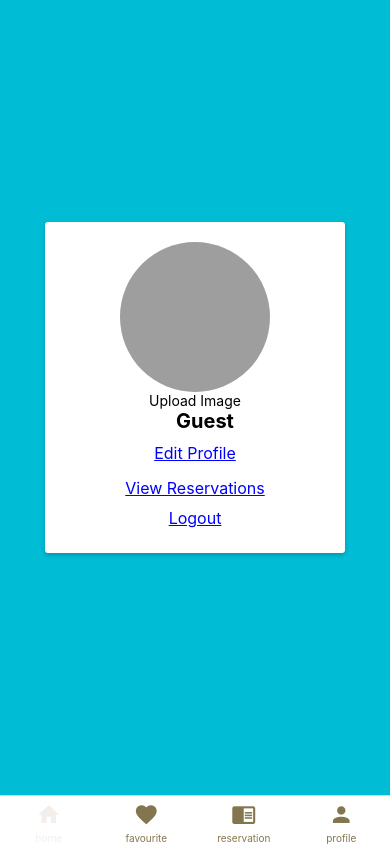
Repository: TemoshoS/restaurant-app
Screen: /profile
An editor plug-in stored every save of this project. The screen is shown before and after the next save, followed by the edit.
Pictures or frames that could not be fetched are drawn as grey boxes. The page's requests for data from a server got no answer. The app was drawn by React Native's web renderer in a window 390 px wide. The project was rebuilt for these pictures with package versions that can differ from the ones it lists, and the page was loaded fresh each time. No one was signed in, and anything a server would have sent is missing. Also part of the build but not shown: Screens/LoginScreen.js, Screens/RegisterScreen.js, components/navbar.js, components/search.js, Screens/RestaurantScreen.js, Screens/RestaurantDetailsScreen.js, Screens/MenuScreen.js, Screens/ReservationScreen.js and 5 more.

Above is the screen before, as saved 2023-12-27 14:47:36.

### App.js
// Import necessary components and modules
import React, { useEffect, useState } from 'react';
import { StyleSheet } from 'react-native';
import { NavigationContainer } from '@react-navigation/native';
import { createStackNavigator } from '@react-navigation/stack';
import { createBottomTabNavigator } from '@react-navigation/bottom-tabs';
import LoginScreen from './Screens/LoginScreen';
import HomeScreen from './Screens/HomeScreen';
import RegisterScreen from './Screens/RegisterScreen';
import RestaurantScreen from './Screens/RestaurantScreen';
import RestaurantDetailsScreen from './Screens/RestaurantDetailsScreen';
import MenuScreen from './Screens/MenuScreen';
import ReservationScreen from './Screens/ReservationScreen';
import PastReserevationScreen from './Screens/PastReserevationScreen';
import ProfileScreen from './Screens/ProfileScreen';
import store from './store/store';
import { Provider } from 'react-redux';
import MaterialCommunityIcons from 'react-native-vector-icons/MaterialCommunityIcons';
import FavoriteRestaurantScreen from './Screens/FavoriteRestaurantScreen';
import ForgotPasswordScreen from './Screens/ForgotPasswordScreen'
import Dashboard from './Screens/Dashboard';
import EditProfileScreen from './Screens/editProfileScreen';
import { auth } from './config/firebase';

const Stack = createStackNavigator();
const Tab = createBottomTabNavigator();

export default function App() {
  const [isAdmin, setIsAdmin] = useState(false);

  useEffect(() => {
    const checkAdminStatus = async () => {
      const user = auth.currentUser;
      const isAdminUser = user ? user.email === 'temosho@admin.co' : false;
      setIsAdmin(isAdminUser);
      console.log('isAdmin:', isAdminUser);
    };

    checkAdminStatus();
  }, []);

  function MainStack() {
    return (
      <Stack.Navigator initialRouteName='Welcome'>
        <Stack.Screen name="Restaurants" component={RestaurantScreen} options={{ headerShown: false }} />
        <Stack.Screen name='Welcome' component={HomeScreen} options={{ headerShown: false }} />
        <Stack.Screen name='editProfile' component={EditProfileScreen} options={{ headerShown: true }} />
        <Stack.Screen name='Login' component={LoginScreen} options={{ headerShown: false }} />
        <Stack.Screen name='Register' component={RegisterScreen} options={{ headerShown: false }} />
        <Stack.Screen name='Restaurant info' component={RestaurantDetailsScreen} options={{
          headerShown: true,
          headerStyle: {
            backgroundColor: '#83764F',
          },
          headerTitle: '',
          headerTitleStyle: {
            color: '#F3EEEA',
            fontWeight: 'bold',
            fontSize: 18,
          },
          headerTintColor: '#F3EEEA',
          headerBackTitleVisible: false,
          headerBackImage: () => (
            <MaterialCommunityIcons name="arrow-left" size={24} color="#F3EEEA" />
          ),
        }}  />
        <Stack.Screen name='Menu' component={MenuScreen} options={{
          headerShown: true,
          headerStyle: {
            backgroundColor: '#83764F',
          },
          headerTitle: '',
          headerTitleStyle: {
            color: '#F3EEEA',
            fontWeight: 'bold',
            fontSize: 18,
          },
          headerTintColor: '#F3EEEA',
          headerBackTitleVisible: false,
          headerBackImage: () => (
            <MaterialCommunityIcons name="arrow-left" size={24} color="#F3EEEA" />
          ),
        }} />
        {!isAdmin && (
          <Stack.Screen name='ReservationScreen' component={ReservationScreen} options={{
            headerShown: true,
            headerStyle: {
              backgroundColor: '#83764F',
            },
            headerTitle: '',
            headerTitleStyle: {
              color: '#F3EEEA',
              fontWeight: 'bold',
              fontSize: 18,
            },
            headerTintColor: '#F3EEEA',
            headerBackTitleVisible: false,
            headerBackImage: () => (
              <MaterialCommunityIcons name="arrow-left" size={24} color="#F3EEEA" />
            ),
          }}/>
        )}
        <Stack.Screen name='profile' component={ProfileScreen} options={{ headerShown: false }} />
        <Stack.Screen name='dashboard' component={Dashboard} options={{ headerShown: false }} />
        <Stack.Screen name='ForgotPasswordScreen' component={ForgotPasswordScreen} options={{ headerShown: false }} />
      </Stack.Navigator>
    );
  }

  function TabNavigator() {


    return (
      <Tab.Navigator
        tabBarOptions={{
          activeTintColor: '#F3EEEA',
          inactiveTintColor: '#83764F',
        }}
      >
        <Tab.Screen
          name="home"
          component={MainStack}
          options={{
            headerShown: false,
            tabBarIcon: ({ color, size }) => (
              <MaterialCommunityIcons name="home" color={color} size={size} />
            ),
          }}
        />
        {!isAdmin && (
          <Tab.Screen
            name="favourite"
            component={FavoriteRestaurantScreen}
            options={{
              headerShown: false,
              tabBarIcon: ({ color, size }) => (
                <MaterialCommunityIcons name="heart" color={color} size={size} />
              ),
            }}
          />
        )}
        {!isAdmin && (
          <Tab.Screen
            name="reservation"
            component={PastReserevationScreen}
            options={{
              headerShown: false,
              tabBarIcon: ({ color, size }) => (
                <MaterialCommunityIcons name="book-open" color={color} size={size} />
              ),
            }}
          />
        )}
        <Tab.Screen
          name="profile"
          component={ProfileScreen}
          options={{
            headerShown: false,
            tabBarIcon: ({ color, size }) => (
              <MaterialCommunityIcons name="account" color={color} size={size} />
            ),
          }}
        />
      </Tab.Navigator>
    );
  }

  return (
    <Provider store={store}>
      <NavigationContainer>
        <TabNavigator />
      </NavigationContainer>
    </Provider>
  );
}

const styles = StyleSheet.create({
  container: {
    flex: 1,
    backgroundColor: 'black',
    alignItems: 'center',
    justifyContent: 'center',
  },
});

### Screens/HomeScreen.js
import { StyleSheet, Text, View, Image, TouchableOpacity } from 'react-native'
import { useState, useEffect } from 'react';
import { FontAwesome } from '@expo/vector-icons';
import { getAuth, onAuthStateChanged } from 'firebase/auth';
import { useNavigation } from '@react-navigation/native';
import { auth } from '../config/firebase';

const HomeScreen = () => {
    const [user, setUser] = useState(null);
    const navigation = useNavigation();

    useEffect(() => {
        const auth = getAuth();


        const unsubscribe = onAuthStateChanged(auth, (authUser) => {
          if (authUser) {
            setUser(authUser);
          } else {
            setUser(null);
          }
        });

        return () => unsubscribe();
      }, []);




  return (
      <View style={styles.container}>

          <View >
              <FontAwesome style={styles.circle} name="circle" size={140} color="#D9D9D9" />
          </View>

          <Image
              source={require('../assets/cartoon-1299636_1920.png')}
              style={{ width: 200, height: 265.56 }}
          />


          <Text style={styles.welcomeTxt}>Welcome!</Text>
          <Text style={styles.dineTxt}>Dine with your friends</Text>


          <View>
              <TouchableOpacity
                  style={styles.getButton}
                  onPress={() => {
                      if (user) {
                          navigation.navigate('Restaurants')
                      } else {
                          navigation.navigate('Login')
                      }
                  }}
              >
                  <Text style={styles.getTxt}>Get started</Text>

              </TouchableOpacity>
          </View>

      </View>
  )
}

export default HomeScreen

const styles = StyleSheet.create({
    container:{
        flex:1,

        height: 932,
        justifyContent: 'center',
        alignItems:'center',
        backgroundColor: '#83764F',
    },
    circle:{
        marginLeft: 370,
        marginTop: -160,

    },
    welcomeTxt:{
        fontSize: 64,
        fontFamily: 'italiana',
        marginTop: 100,
        color: '#ccc',

    },
    dineTxt:{
        fontSize: 20,
        fontFamily: 'Nothing You Could Do',
        marginBottom: 150,
        color: '#ccc',

    },
    getButton:{
        alignItems: 'center',
        justifyContent: 'center',
        backgroundColor: '#ccc',
        width: 304,
        height: 78,
        borderRadius: 30
    },
    getTxt:{
        color: '#83764F',
        fontSize: 24,
        fontWeight:'bold'
    }
})

### Screens/ProfileScreen.js
import React, { useState, useEffect } from 'react';
import { View, Text, TouchableOpacity, StyleSheet, Image } from 'react-native';
import { getAuth, onAuthStateChanged, signOut } from 'firebase/auth';
import { useNavigation } from '@react-navigation/native';
import * as ImagePicker from 'expo-image-picker';
import { Entypo } from '@expo/vector-icons';



const ProfileScreen = () => {
  const [currentUser, setCurrentUser] = useState(null);
  const [loading, setLoading] = useState(false);
  const navigation = useNavigation();
  const auth = getAuth();
  const user = auth.currentUser;
  const userId = user ? user.uid : null;
  const isAdmin = user ? user.email === 'temosho@admin.co' : false;
  const [image, setImage] = useState(null);
  useEffect(() => {
    const unsubscribe = onAuthStateChanged(auth, (user) => {
      if (user) {
        setCurrentUser(user.displayName);
      } else {
        setCurrentUser(null);
      }
    });

    return () => unsubscribe();
  }, []);

  const onLogout = () => {
    setLoading(true);

    signOut(auth)
      .then(() => {
        setLoading(false);
        navigation.navigate('Welcome');
      })
      .catch((error) => {
        setLoading(false);
        console.error('Logout error:', error);
      });
  };

  const navigateToPastReservations = () => {
    navigation.navigate('reservation');
  };

  const navigateToEditProfile = () => {
    navigation.navigate('editProfile');
  }

  const adminOrders = () => {
    navigation.navigate('dashboard');
  };

  const pickImage = async () => {
    try {
      let result = await ImagePicker.launchImageLibraryAsync({
        mediaTypes: ImagePicker.MediaTypeOptions.Images,
        allowsEditing: true,
        aspect: [4, 3],
        quality: 1,
      });

      if (!result.cancelled) {
        setImage(result.uri);


        const contentType = "image/jpeg";

        const response = await fetch(result.uri);
        const blob = await response.blob();


        const imageRef = ref(storage, `restaurantImages/${newMenuItem.menuName}`);
        await uploadBytes(imageRef, blob, { contentType });
      }
    } catch (error) {
      console.error('Error picking image:', error);
    }
  };

  return (
    <View style={styles.container}>
      <View style={styles.card}>
      {image ? (
          <Image
            source={{ uri: image }}
            style={styles.profileImage}
          />
        ) : (
          <Image
          source={{ uri: 'https://bootdey.com/img/Content/avatar/avatar6.png' }}
            style={styles.profileImage}
          />
        )}
        <TouchableOpacity style={styles.modalButton} onPress={pickImage}>
              <Text style={styles.modalButtonText}>Upload Image</Text>
            </TouchableOpacity>
        <View style={styles.profileInfo}>
          <Text style={styles.profileName}>{currentUser ? currentUser : 'Guest'}</Text>
          {user && <Text style={styles.profileEmail}>Email: {user.email}</Text>}
        </View>

        <TouchableOpacity onPress={navigateToEditProfile}>
          <Text style={styles.editProfileButton}>Edit Profile</Text>
        </TouchableOpacity>

        {loading && <ActivityIndicator size="small" color="#0000ff" />}

        {isAdmin ? (
          <TouchableOpacity onPress={adminOrders}>
            <Text style={styles.logoutText}>Dashboard</Text>
          </TouchableOpacity>
        ) : (
          <TouchableOpacity onPress={navigateToPastReservations}>
            <Text style={styles.logoutText}>View Reservations</Text>
          </TouchableOpacity>
        )}
        <TouchableOpacity onPress={onLogout} disabled={loading}>
          <Text style={styles.logoutText}>Logout</Text>
        </TouchableOpacity>
      </View>
    </View>
  );
};

const styles = StyleSheet.create({
  container: {
    flex: 1,
    alignItems: 'center',
    justifyContent: 'center',
    backgroundColor: '#00bcd4',
  },
  card: {
    width: 300,
    padding: 20,
    borderRadius: 3,
    backgroundColor: 'white',
    shadowColor: 'black',
    shadowOffset: { width: 0, height: 2 },
    shadowOpacity: 0.2,
    shadowRadius: 4,
    elevation: 3,
    marginBottom: 20,
    alignItems: 'center',
    justifyContent: 'center',
  },
  profileImage: {
    width: 150,
    height: 150,
    borderRadius: 75,
  },
  profileInfo: {
    marginLeft: 20,
  },
  profileName: {
    fontSize: 20,
    fontWeight: 'bold',
  },
  profileEmail: {
    fontSize: 16,
  },
  profileBio: {
    fontSize: 14,
    color: '#5A5A5A',
    marginTop: 5,
  },
  editProfileButton: {
    color: 'blue',
    fontSize: 16,
    textDecorationLine: 'underline',
    marginVertical: 10,
  },
  badgesCard: {
    flexDirection: 'row',
    padding: 10,
    borderRadius: 3,
    backgroundColor: '#00bcd4',
    color: '#fff',
    width: 280,
    shadowColor: 'black',
    shadowOffset: { width: 0, height: 2 },
    shadowOpacity: 0.2,
    shadowRadius: 4,
    elevation: 3,
    position: 'absolute',
    bottom: 10,
  },
  badgeIcon: {
    fontSize: 16,
    margin: 0,
    opacity: 0.6,
    marginRight: 6,
  },
  logoutText: {
    color: 'blue',
    fontSize: 16,
    textDecorationLine: 'underline',
    marginVertical: 5,
  },
});

export default ProfileScreen;

### store/store.js
import { createStore, applyMiddleware, combineReducers } from 'redux';
import thunk from 'redux-thunk';
import restaurantsReducer from '../reducers/restaurantsReducer';
import reserveReducer from '../reducers/reserveReducer';
import authReducer from '../reducers/authReducer';
import favoriteRestaurantsReducer from '../reducers/favoriteRestaurantsReducer';


const rootReducer = combineReducers({
  restaurants: restaurantsReducer,
  reservation: reserveReducer,
  auth: authReducer,
  favoriteRestaurants: favoriteRestaurantsReducer,

});

const store = createStore(rootReducer, applyMiddleware(thunk));

export default store;

### config/firebase.js
// Import the functions you need from the SDKs you need
import { initializeApp } from "firebase/app";
import { getAnalytics } from "firebase/analytics";

import {getAuth} from 'firebase/auth';
import {getFirestore} from 'firebase/firestore'
// TODO: Add SDKs for Firebase products that you want to use
// https://firebase.google.com/docs/web/setup#available-libraries

// Your web app's Firebase configuration
// For Firebase JS SDK v7.20.0 and later, measurementId is optional
const firebaseConfig = {
  apiKey: "AIzaSyDa4_cUmrR60k82VypxJ_US-F7FEiItCL4",
  authDomain: "restaurant-app-da7bc.firebaseapp.com",
  projectId: "restaurant-app-da7bc",
  storageBucket: "restaurant-app-da7bc.appspot.com",
  messagingSenderId: "598136487640",
  appId: "1:598136487640:web:f77577fdc1710db8c1a1ad",
  measurementId: "G-6D4DHL06Z0"
};

// Initialize Firebase
const app = initializeApp(firebaseConfig);
const analytics = getAnalytics(app);

const auth = getAuth(app)
const db = getFirestore(app)
export {auth, db}

### actions/authActions.js
import { sendPasswordResetEmail } from 'firebase/auth';
import { auth } from '../config/firebase';
import { getAuth, onAuthStateChanged, signOut } from 'firebase/auth';
export const LOGIN_SUCCESS = 'LOGIN_SUCCESS';
export const REGISTER_SUCCESS = 'REGISTER_SUCCESS';
export const FORGOT_PASSWORD_REQUEST = 'FORGOT_PASSWORD_REQUEST';
export const FORGOT_PASSWORD_SUCCESS = 'FORGOT_PASSWORD_SUCCESS';
export const FORGOT_PASSWORD_FAILURE = 'FORGOT_PASSWORD_FAILURE';
export const LOGOUT = 'LOGOUT';

export const loginSuccess = (user) => ({
  type: LOGIN_SUCCESS,
  payload: user,
});

export const registerSuccess = (user) => ({
  type: REGISTER_SUCCESS,
  payload: user,
});

export const forgotPasswordRequest = () => ({
  type: FORGOT_PASSWORD_REQUEST,
});

export const forgotPasswordSuccess = () => ({
  type: FORGOT_PASSWORD_SUCCESS,
});

export const forgotPasswordFailure = (error) => ({
  type: FORGOT_PASSWORD_FAILURE,
  payload: error,
});

export const forgotPassword = (email) => {
  return async (dispatch) => {
    dispatch(forgotPasswordRequest());

    try {
      await sendPasswordResetEmail(auth, email);
      dispatch(forgotPasswordSuccess());
    } catch (error) {
      dispatch(forgotPasswordFailure(error));
    }
  };
};

export const logout = () => ({
  type: LOGOUT,
});

### actions/restaurant.js
import { db } from "../config/firebase";
import { collection ,getDocs} from "firebase/firestore";

export const FETCH_RESTAURANTS = 'FETCH_RESTAURANTS';

export const fetchRestaurants = () => {
  return async (dispatch) => {
    const restaurantsCollection = collection(db, 'restaurants');
    const snapshot = await getDocs(restaurantsCollection);
    const restaurants = [];
    snapshot.forEach((doc) => {
      restaurants.push(doc.data());
    });
    dispatch({ type: FETCH_RESTAURANTS, payload: restaurants });
  };
};

### actions/reserveAction.js
import { db } from "../config/firebase";
import { collection, addDoc, getDocs, query, where } from "firebase/firestore";

export const RESERVE_SUCCESS = "RESERVE_SUCCESS";
export const RESERVE_FAILURE = "RESERVE_FAILURE";
export const FETCH_ALL_RESERVATIONS = 'FETCH_ALL_RESERVATIONS';
export const FETCH_PAST_RESERVATIONS = 'ETCH_PAST_RESERVATIONS';


export const reserveTable = (reservationData) => {
  return async (dispatch) => {
    try {
      // Save the reservation data to Firestore
      const ordersCollection = collection(db, "Orders");
      const docRef = await addDoc(ordersCollection, reservationData);


      dispatch({ type: RESERVE_SUCCESS, payload: docRef });
    } catch (error) {

      dispatch({ type: RESERVE_FAILURE, payload: error.message });
    }
  };
};

export const fetchPastReservations = (userId) => {
  return async (dispatch) => {
    try {

      //query to fetch reservations based on the userId
      const reservationsCollection = collection(db, 'Orders');
      const userQuery = query(reservationsCollection, where('userId', '==', userId));

      const snapshot = await getDocs(userQuery);

      const pastReservations = [];
      snapshot.forEach((doc) => {
        pastReservations.push(doc.data());
      });


      dispatch({ type: FETCH_PAST_RESERVATIONS, payload: pastReservations });
    } catch (error) {
      // Handle errors
      console.error('Error fetching past reservations:', error);
    }
  };
}


export const fetchAllReservations = () => {
  return async (dispatch) => {
    try {
      // Query to fetch all reservations
      const reservationsCollection = collection(db, 'Orders');
      const snapshot = await getDocs(reservationsCollection);
      const allReservations = [];

      snapshot.forEach((doc) => {
        allReservations.push(doc.data());
      });

      dispatch({ type: FETCH_ALL_RESERVATIONS, payload: allReservations });
    } catch (error) {
      console.error('Error fetching all reservations:', error);
    }
  };
};

### reducers/restaurantsReducer.js
import { FETCH_RESTAURANTS } from "../actions/restaurant";


const initialState = {
    restaurants: [],
};

const restaurantsReducer = (state = initialState, action) =>{

    switch (action.type) {
        case FETCH_RESTAURANTS:
          return { ...state, restaurants: action.payload };
        default:
          return state;
      }


};

export default restaurantsReducer;

### reducers/reserveReducer.js
import { RESERVE_SUCCESS, RESERVE_FAILURE, FETCH_PAST_RESERVATIONS,FETCH_ALL_RESERVATIONS } from "../actions/reserveAction";

const initialState = {
  reservationSuccess: null,
  reservationError: null,
  pastReservations: [],
  allReservations: [],
  loading: false,
};

const reserveReducer = (state = initialState, action) => {
  switch (action.type) {
    case RESERVE_SUCCESS:
      return { ...state, reservationSuccess: action.payload, reservationError: null };
    case RESERVE_FAILURE:
      return { ...state, reservationSuccess: null, reservationError: action.payload };
    case FETCH_PAST_RESERVATIONS:
      return { ...state, pastReservations: action.payload };
      case FETCH_ALL_RESERVATIONS:
        return { ...state, allReservations: action.payload, loading: false };
    default:
      return state;
  }
};

export default reserveReducer;

### reducers/authReducer.js
import {
  LOGIN_SUCCESS,
  REGISTER_SUCCESS,
  LOGOUT ,
  FORGOT_PASSWORD_REQUEST,
  FORGOT_PASSWORD_SUCCESS,
  FORGOT_PASSWORD_FAILURE,} from '../actions/authActions';

const initialState = {
  user: null,
  isAuthenticated: false,
  forgotPasswordLoading: false,
  forgotPasswordSuccess: false,
  forgotPasswordError: null,

};

const authReducer = (state = initialState, action) => {
  switch (action.type) {
    case LOGIN_SUCCESS:
    case REGISTER_SUCCESS:
      return {
        ...state,
        user: action.payload,
        isAuthenticated: true,
      };
      case FORGOT_PASSWORD_REQUEST:
        return {
          ...state,
          forgotPasswordLoading: true,
          forgotPasswordSuccess: false,
          forgotPasswordError: null,
        };
      case FORGOT_PASSWORD_SUCCESS:
        return {
          ...state,
          forgotPasswordLoading: false,
          forgotPasswordSuccess: true,
          forgotPasswordError: null,
        };
      case FORGOT_PASSWORD_FAILURE:
      return {
        ...state,
        forgotPasswordLoading: false,
        forgotPasswordSuccess: false,
        forgotPasswordError: action.payload,
      };
    case LOGOUT:
      return {
        ...state,
        user: null,
        isAuthenticated: false,
      };
    default:
      return state;
  }
};

export default authReducer;

### reducers/favoriteRestaurantsReducer.js
import { FETCH_FAV_RESTAURANTS } from "../actions/favoriteRestaurantActions";


const initialState = {
    favRestaurants: [],
};

const favRestaurantsReducer = (state = initialState, action) =>{

    switch (action.type) {
        case FETCH_FAV_RESTAURANTS:
          return { ...state, favRestaurants: action.payload };
        default:
          return state;
      }


};

export default favRestaurantsReducer;

### actions/favoriteRestaurantActions.js
import { db } from "../config/firebase";
import { collection ,getDocs} from "firebase/firestore";

export const FETCH_FAV_RESTAURANTS = 'FETCH_FAV_RESTAURANTS';

export const fetchFavouriteRestaurants = () => {
  return async (dispatch) => {
    const restaurantsCollection = collection(db, 'favouriteRestaurants');
    const snapshot = await getDocs(restaurantsCollection);
    const favRestaurants = [];
    snapshot.forEach((doc) => {
      favRestaurants.push(doc.data());
    });
    dispatch({ type: FETCH_FAV_RESTAURANTS, payload: favRestaurants });
  };
};

After the next save:
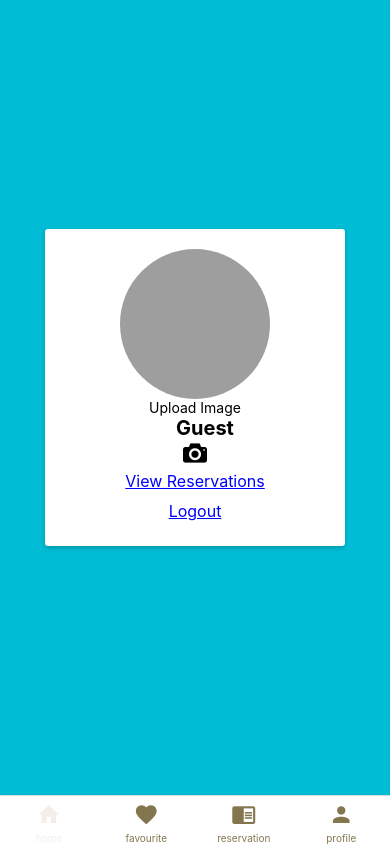
Saved 46 s later.
--- a/Screens/ProfileScreen.js
+++ b/Screens/ProfileScreen.js
@@ -104,7 +104,7 @@
         </View>
 
         <TouchableOpacity onPress={navigateToEditProfile}>
-          <Text style={styles.editProfileButton}>Edit Profile</Text>
+        <Entypo name="camera" size={24} color="black" />
         </TouchableOpacity>
 
         {loading && <ActivityIndicator size="small" color="#0000ff" />}

After the save that followed:
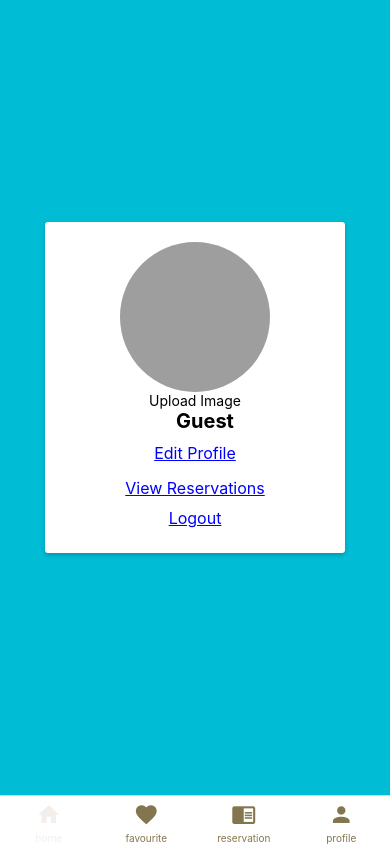
Saved 12 s later.
--- a/Screens/ProfileScreen.js
+++ b/Screens/ProfileScreen.js
@@ -104,7 +104,7 @@
         </View>
 
         <TouchableOpacity onPress={navigateToEditProfile}>
-        <Entypo name="camera" size={24} color="black" />
+          <Text style={styles.editProfileButton}>Edit Profile</Text>
         </TouchableOpacity>
 
         {loading && <ActivityIndicator size="small" color="#0000ff" />}
